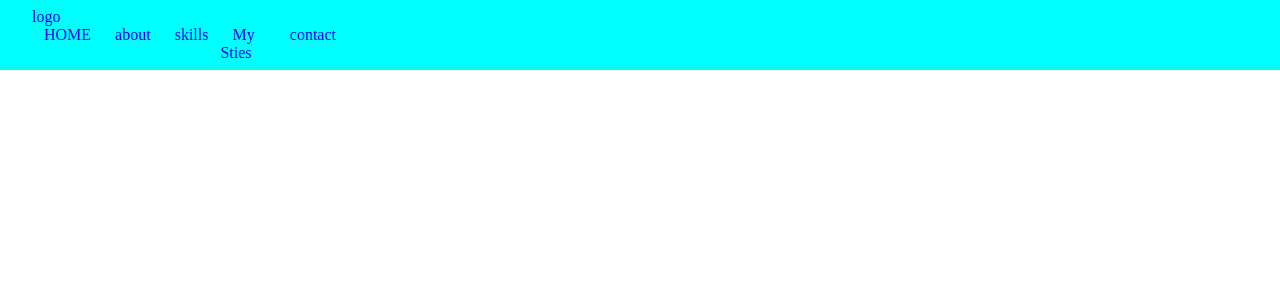
Repository: jun01270/jun
Page: index.html
The author's editor kept a copy of each file at every save. The page is drawn from the files as they stood at one save, then again after the next save.
The browser window is 1280 px wide. The pictures show the whole page.

Above is the page before, as saved 2023-05-08 15:32:46.

### index.html
<!DOCTYPE html>
<html lang="en">
<head>
    <meta charset="UTF-8">
    <meta http-equiv="X-UA-Compatible" content="IE=edge">
    <meta name="viewport" content="width=device-width, initial-scale=1.0">
    <link rel="stylesheet" type="text/css" href="main.css">
    <title>Document</title>
</head>
<body>
    <nav class="navbar">
        <div class="max-width">
            <div class="logo"><a href="#home">logo</a></div>
            <ul class="menu-bar">
                <li><a href="#home" class="menu-btn" id="homeID">HOME</a></li>
                <li><a href="#about" class="menu-btn" id="homeID">about</a></li>
                <li><a href="#skills" class="menu-btn">skills</a></li>
                <li><a href="#my-sites" class="menu-btn">My Sties</a></li>
                <li><a href="#contact" class="menu-btn">contact</a></li>
            </ul>
        </div>
    </nav>
</body>
</html>

### main.css
*{
    margin: 0;
    padding: 0;
    box-sizing: border-box;
    text-decoration: none;
}

.home .about .skills .my-sites .contact{
    padding-top: 86px;
}

html{
    scroll-behavior: smooth;
}

.max-width{
    max-width: 1300px;
    padding: 0 20px;
    margin: auto;
}

.navbar{
    display: flex;
    justify-content: space-between;
    align-items: center;
    background-color: aqua;
    padding: 8px 12px;
}

.logo{
    padding-right:900px
}


.menu-bar{
    display: flex;
    list-style: none;
    padding-right:900px;
}

.menu-btn{
    text-decoration: none;
    padding:12px;
}

After the next save:
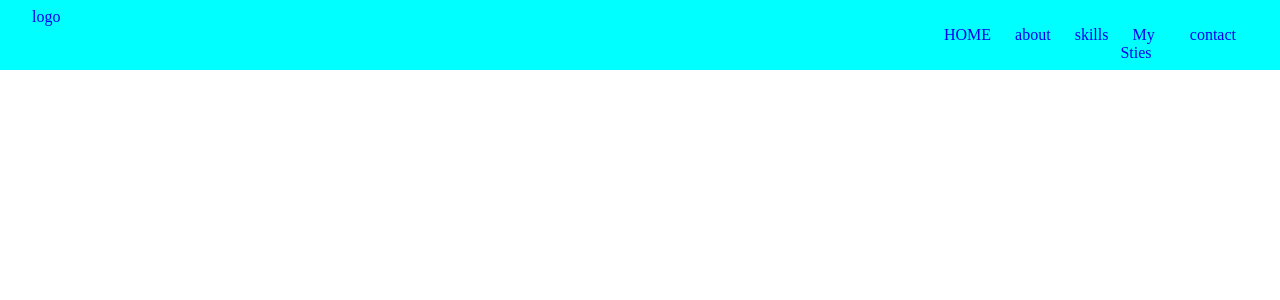
Saved 5 s later.
--- a/main.css
+++ b/main.css
@@ -35,7 +35,7 @@ html{
 .menu-bar{
     display: flex;
     list-style: none;
-    padding-right:900px;
+    padding-left:900px;
 }
 
 .menu-btn{
